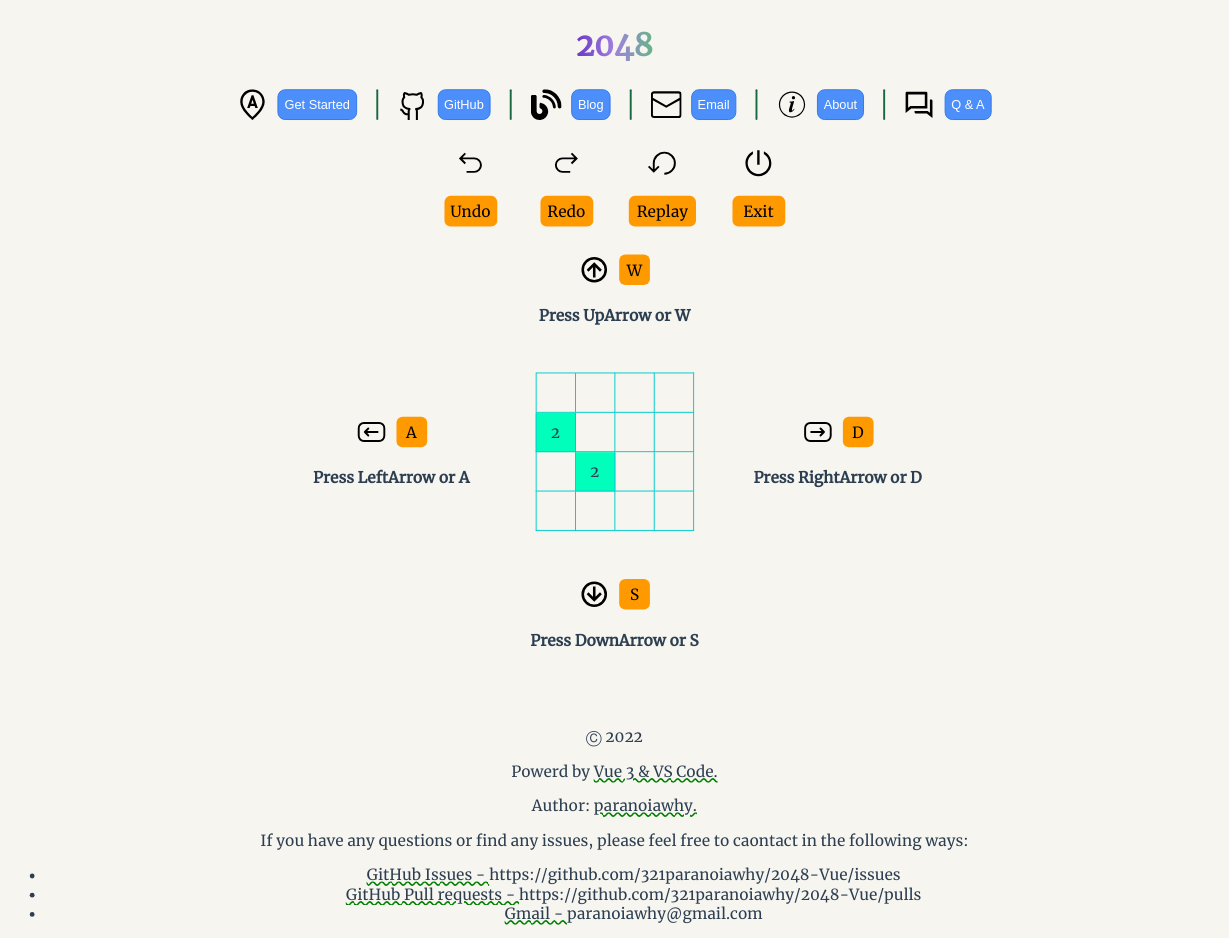
Repository: 321paranoiawhy/2048
Page: /
The author's editor kept a copy of each file at every save. The page is drawn from the files as they stood at one save, then again after the next save.
The browser window is 1280 px wide. The pictures show the whole page, at 96% of full size.
The project was rebuilt for these pictures with package versions that can differ from the ones it lists, and the page was loaded fresh each time. Also part of the build but not shown: vue.config.js.

Above is the page before, as saved 2022-04-28 10:25:36.

### src/App.vue
<template>
    <router-view />
</template>

<style lang="scss">
// 字体
@font-face {
    font-family: Merriweather-Regular;
    src: url(/src/assets/fonts/Merriweather-Regular.ttf);
}
#app {
    font-family: Merriweather-Regular;
    -webkit-font-smoothing: antialiased;
    -moz-osx-font-smoothing: grayscale;
    text-align: center;
    color: #2c3e50;
}
// 网页背景色 https://manuelmoreale.com/
html {
    background-color: #f6f5f0;
}
nav {
    padding: 30px;

    a {
        font-weight: bold;
        color: #2c3e50;

        &.router-link-exact-active {
            color: #42b983;
        }
    }
}
</style>

### src/components/footer.vue
<template>
    <!-- https://www.rapidtables.com/web/html/html-codes/html-code-copyright.html -->
    <!-- &copy; -->
    <!-- &#9400; -->
    <footer>
        <p>&#9400; 2022</p>

        <p>Powerd by <a>Vue 3 & VS Code.</a></p>
        <p>Author: <a>paranoiawhy.</a></p>
        <p>
            If you have any questions or find any issues, please feel free to
            caontact in the following ways:
        </p>
        <ul>
            <li>
                <a>GitHub Issues - </a>
                https://github.com/321paranoiawhy/2048-Vue/issues
            </li>
            <li>
                <a>GitHub Pull requests - </a>
                https://github.com/321paranoiawhy/2048-Vue/pulls
            </li>
            <li><a>Gmail - </a> paranoiawhy@gmail.com</li>
        </ul>
    </footer>
</template>

<script>
export default {
    name: "Footer",
};
</script>

<style lang="scss">
// 文字波浪下划线 https://developer.mozilla.org/zh-CN/docs/Web/CSS/text-decoration
footer a {
    text-decoration: green wavy underline;
}
footer {
    margin-top: 80px;
}
</style>

Loaded but not shown: public/index.html (common file); src/main.js (common file); src/router/index.js (common file); src/store/index.js (common file); src/views/HomeView.vue (847 lines, source omitted)

After the next save:
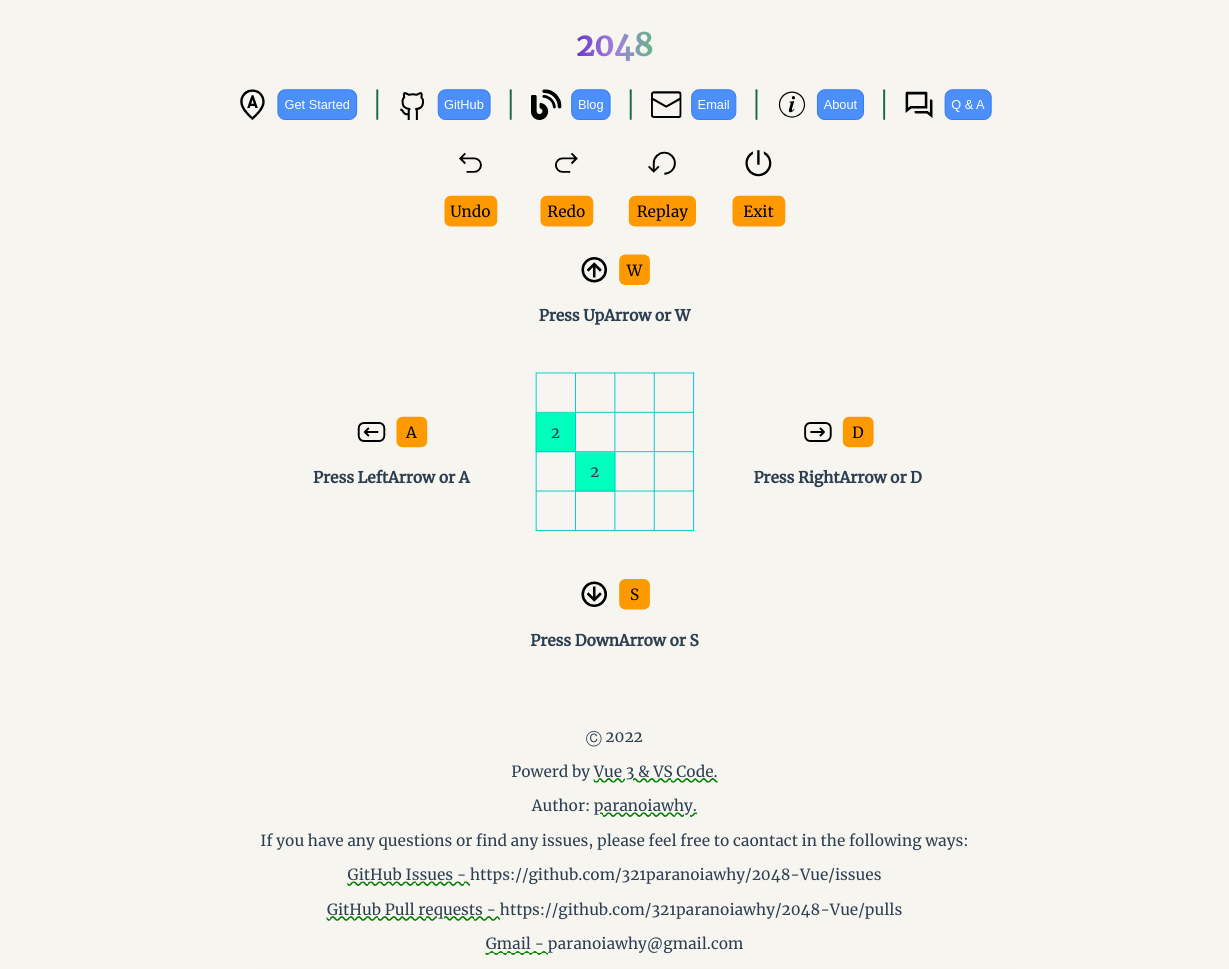
Saved 23 s later.
--- a/src/components/footer.vue
+++ b/src/components/footer.vue
@@ -11,17 +11,16 @@
             If you have any questions or find any issues, please feel free to
             caontact in the following ways:
         </p>
-        <ul>
-            <li>
-                <a>GitHub Issues - </a>
-                https://github.com/321paranoiawhy/2048-Vue/issues
-            </li>
-            <li>
-                <a>GitHub Pull requests - </a>
-                https://github.com/321paranoiawhy/2048-Vue/pulls
-            </li>
-            <li><a>Gmail - </a> paranoiawhy@gmail.com</li>
-        </ul>
+
+        <p>
+            <a>GitHub Issues - </a>
+            https://github.com/321paranoiawhy/2048-Vue/issues
+        </p>
+        <p>
+            <a>GitHub Pull requests - </a>
+            https://github.com/321paranoiawhy/2048-Vue/pulls
+        </p>
+        <p><a>Gmail - </a> paranoiawhy@gmail.com</p>
     </footer>
 </template>
 

After the save that followed:
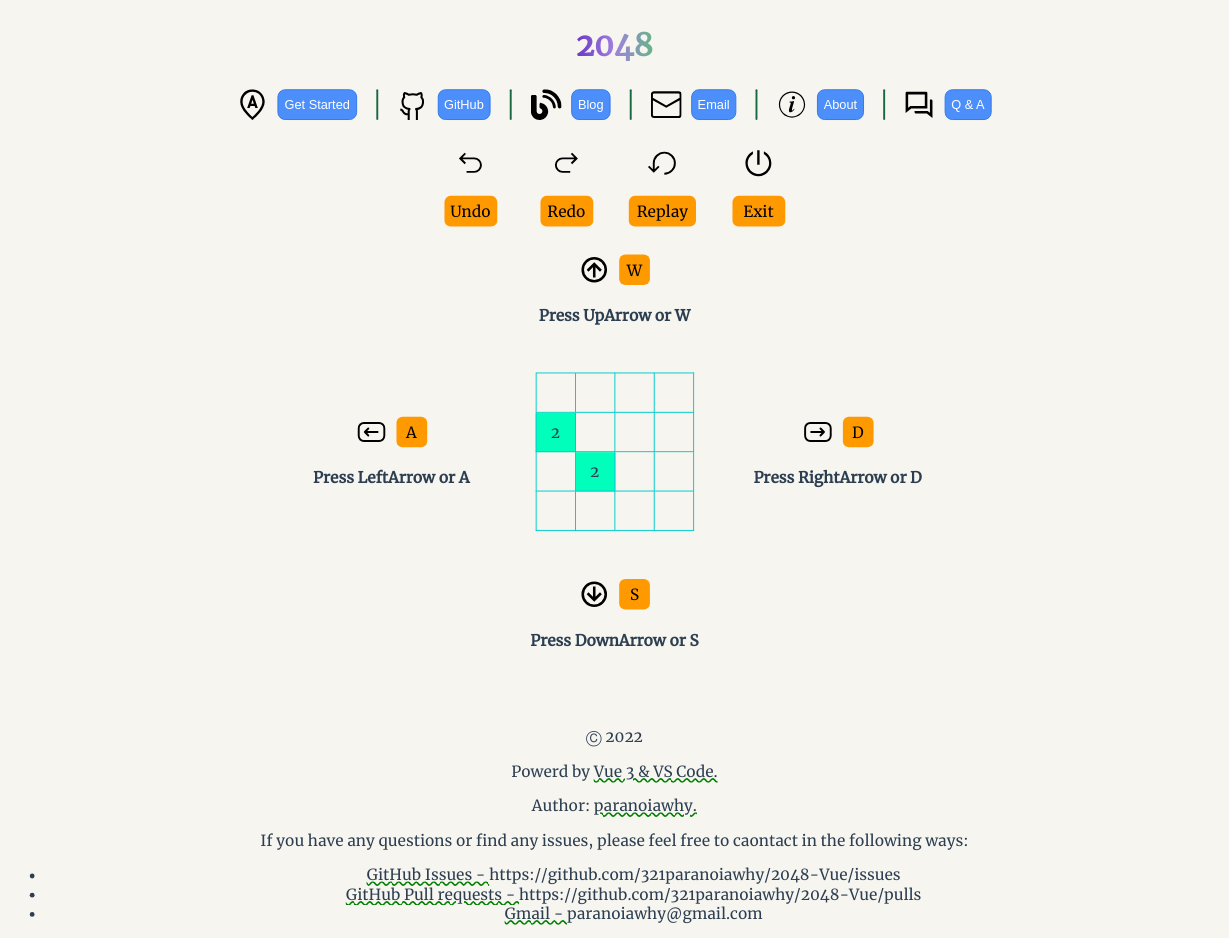
Saved 25 s later.
--- a/src/components/footer.vue
+++ b/src/components/footer.vue
@@ -11,16 +11,17 @@
             If you have any questions or find any issues, please feel free to
             caontact in the following ways:
         </p>
-
-        <p>
-            <a>GitHub Issues - </a>
-            https://github.com/321paranoiawhy/2048-Vue/issues
-        </p>
-        <p>
-            <a>GitHub Pull requests - </a>
-            https://github.com/321paranoiawhy/2048-Vue/pulls
-        </p>
-        <p><a>Gmail - </a> paranoiawhy@gmail.com</p>
+        <ul>
+            <li>
+                <a>GitHub Issues - </a>
+                https://github.com/321paranoiawhy/2048-Vue/issues
+            </li>
+            <li>
+                <a>GitHub Pull requests - </a>
+                https://github.com/321paranoiawhy/2048-Vue/pulls
+            </li>
+            <li><a>Gmail - </a> paranoiawhy@gmail.com</li>
+        </ul>
     </footer>
 </template>
 
